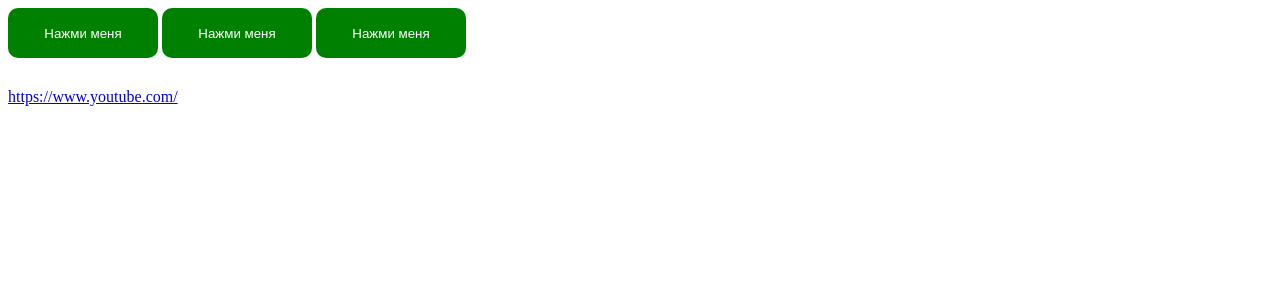
Repository: armus503/events-and-their-handlers
Page: index.html
The author's editor kept a copy of each file at every save. The page is drawn from the files as they stood at one save, then again after the next save.
The browser window is 1280 px wide. The pictures show the whole page.
After loading, the first visible `#btn` was clicked once.

Above is the page before, as saved 2021-09-02 20:25:27.

### index.html
<!DOCTYPE html>
<html lang="ru">

<head>
    <meta charset="utf-8">
    <meta http-equiv="X-UA-Compatible" content="IE=edge">
    <title>JavaScript</title>
    <link rel="stylesheet" href="css.css">
</head>

<body>
    <button onclick="alert('Click')" id="btn">Нажми меня</button>
    <!--<button onclick="alert('Click')" id="btn">Нажми меня</button>//не используется такой способ в нормальных проектах-->
    <button>Нажми меня</button>
    <button>Нажми меня</button>

    <a href="https://www.youtube.com/">https://www.youtube.com/</a>

    <script src="script.js"></script>
</body>

</html>

### script.js
'use strict';

const btn = document.querySelector('button');

/*btn.onclick = function() { // используем св-во DOM-дерева для событий
    alert('Click'); // данный способ так же не применяется в реальных проектах,
}; //т.к.
// при назначении еще одного обработчика первый не будет срабатывать, т.е. обработчик перезапишется
btn.onclick = function() {
    alert('First click');
}; // и будет срабатывать только последний обработчик
// и еще не получится удалить такой обработчик событий во время выполнения программы
*/ //

/*
btn.addEventListener('click', () => { //сначала происходит действие и затем callback функция
    alert('Click');
});

btn.addEventListener('click', () => { //повторное использование элемента DOM-дерева со слушателем событий вполне возможна и отрабатывает как нужно, последовательно(правило JS)
    alert('Two');
});

btn.addEventListener('mouseenter', () => { //выводит сообщение в консоль при наведении ползователем мышью на кнопку
    console.log('Hover'); //т.е. срабатывает событие наведения мышки на элемент
});
*/

btn.addEventListener('click', (event) => {
    console.log(event);
});

Loaded but not shown: css.css (common file)

After the next save:
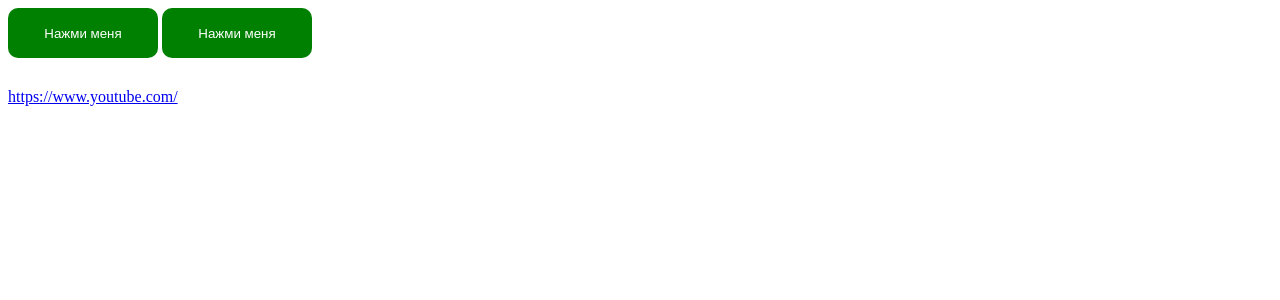
Saved 4 min 0 s later.
--- a/script.js
+++ b/script.js
@@ -27,5 +27,7 @@ btn.addEventListener('mouseenter', () => { //выводит сообщение
 */
 
 btn.addEventListener('click', (event) => {
-    console.log(event);
+    //console.log(event); //выводит консоль всю инфом-ю об элементе и его свойствах, при помощи которых можно взаимодействовать с элементом
+    console.log(event.target);
+    event.target.remove();
 });
